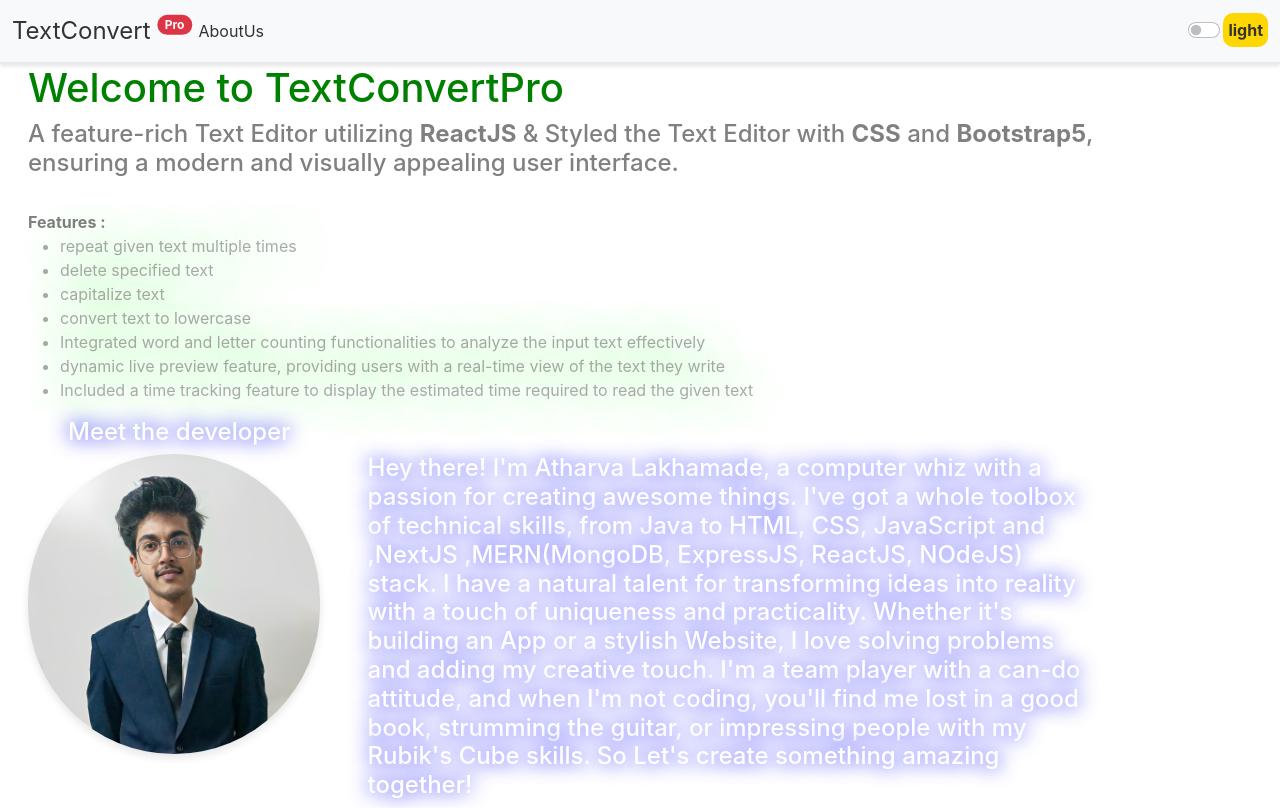
Repository: atha2810/TextConvertPro
Page: /about
An editor plug-in stored every save of this project. The page is shown before and after the next save, followed by the edit.
The browser window is 1280 px wide. The pictures show the whole page.
The project was rebuilt for these pictures with package versions that can differ from the ones it lists, and the page was loaded fresh each time. Also part of the build but not shown: src/css/TextForm.css, src/TextForm.js.

Above is the page before, as saved 2024-07-25 19:43:12.

### src/App.js
import React, { useState } from "react";
import profile from "./images/profile.jpg";

import About from "./components/About";
import Navbar from "./components/Navbar";
import TextForm from "./TextForm";
import { BrowserRouter, Routes, Route } from "react-router-dom";

function App() {
  const [mode, setMode] = useState("light");
  const toggleMode = () => {
    if (mode === "light") {
      setMode("dark");
      document.body.style.backgroundColor = "#082844";
    } else {
      setMode("light");
      document.body.style.backgroundColor = "white";
    }
  };
  return (
    <>
      <BrowserRouter>
        <Navbar logo="TextConvert" mode={mode} toggleMode={toggleMode} />
        {/* <TextForm heading="Enter the text to analyse: " mode={mode}/> */}
        <Routes>
          <Route exact path="/about" element={<About imgSrc={profile} />} />
          {/* exact is usedto get exact path sometimes there are folders like /about-->componentX and /about/home-->componentY and if we want component from /about/home it will mistakenly will render from /about thats why */}

          <Route
            exact
            path="/TextConvertPro"
            element={<TextForm heading="Enter the text here ↓ " mode={mode} />}
          />
        </Routes>
      </BrowserRouter>
    </>
  );
}

export default App;

### src/components/About.js
import "../css/About.css";

export default function About(props) {
  return (
    <div
      className="container mx-3"
      style={{ display: "block", marginLeft: "500px" }}
    >
      <h1 style={{ color: props.mode === "dark" ? "white" : "green" }}>
        Welcome to TextConvertPro
      </h1>
      <div
        style={{
          color: props.mode === "ligh" ? "black" : "white",
        }}
      >
        <h4
          style={{
            color: "grey",
          }}
        >
          A feature-rich Text Editor utilizing <b>ReactJS</b> & Styled the Text
          Editor with <b>CSS</b> and <b>Bootstrap5</b>, ensuring a modern and
          visually appealing user interface.
        </h4>
        <br />{" "}
        <b
          style={{
            color: "grey",
          }}
        >
          Features :
        </b>
        <br />
        <ul
          style={{
            color: "darkgrey",
            textShadow: " 0 0 70px #0f0",
          }}
        >
          <li>repeat given text multiple times</li>
          <li> delete specified text</li> <li>capitalize text </li>
          <li>convert text to lowercase</li>
          <li>
            Integrated word and letter counting functionalities to analyze the
            input text effectively
          </li>
          <li>
            dynamic live preview feature, providing users with a real-time view
            of the text they write
          </li>
          <li>
            Included a time tracking feature to display the estimated time
            required to read the given text
          </li>
        </ul>
      </div>
      <h4
        style={{
          color: "#fff" /* Text color */,
          textShadow: "0 0 20px #00f",
          paddingLeft: "40px",
        }}
      >
        Meet the developer
      </h4>
      <div style={{ display: "flex" }}>
        <img
          src={props.imgSrc}
          style={{
            height: "300px",
            width: "300px",
            borderRadius: "150px 150px 150px 150px",
          }}
          alt="developer"
        ></img>
        <h4
          className="mx-5"
          style={{
            color: "#fff" /* Text color */,
            textShadow: "0 0 20px #00f",
          }}
        >
          Hey there! I'm Atharva Lakhamade, a computer whiz with a passion for
          creating awesome things. I've got a whole toolbox of technical skills,
          from Java to HTML, CSS, JavaScript and ,NextJS ,MERN(MongoDB,
          ExpressJS, ReactJS, NOdeJS) stack. I have a natural talent for
          transforming ideas into reality with a touch of uniqueness and
          practicality. Whether it's building an App or a stylish Website, I
          love solving problems and adding my creative touch. I'm a team player
          with a can-do attitude, and when I'm not coding, you'll find me lost
          in a good book, strumming the guitar, or impressing people with my
          Rubik's Cube skills. So Let's create something amazing together!
        </h4>
      </div>
    </div>
  );
}

### src/components/Navbar.js
import React from "react";
import { Link } from "react-router-dom";
import "../css/Navbar.css";
export default function Navbar(props) {
  return (
    <nav
      className={`navbar navbar-expand-lg navbar-${props.mode} bg-${props.mode}`}
    >
      <div className="container-fluid" style={{ backgroundColor:""}}>
        <Link className="navbar-brand" to="/TextConvertPro">
          {props.logo}
          <button className="btn position-relative">
            <span className="position-absolute top-0 start-100 translate-middle badge rounded-pill bg-danger">
              Pro
            </span>
          </button>
        </Link>
        {/* <a className="navbar-brand" href="#">{props.logo}</a> */}
        <button
          className="navbar-toggler"
          type="button"
          data-bs-toggle="collapse"
          data-bs-target="#navbarSupportedContent"
          aria-controls="navbarSupportedContent"
          aria-expanded="false"
          aria-label="Toggle navigation"
        >
          <span className="navbar-toggler-icon"></span>
        </button>
        <div className="collapse navbar-collapse" id="navbarSupportedContent">
          <ul className="navbar-nav me-auto mb-2 mb-lg-0">
            <li className="nav-item">
              <Link className="nav-link" to="/about">
                AboutUs
              </Link>
              {/* <a className="nav-link" href="/about">About</a> */}
            </li>
          </ul>
          <form className="d-flex" role="search">
            <div
              className={`form-check form-switch text-${
                props.mode === "light" ? "dark" : "light"
              }`}
              style={{ backgroundColor: "gold",padding:"5px",borderRadius:"10px" }}
            >
              <input
                className="form-check-input"
                onClick={props.toggleMode}
                type="checkbox"
                role="switch"
                id="flexSwitchCheckDefault"
              />
              <label
                className="form-check-label"
                htmlFor="flexSwitchCheckDefault"
              >
                <b>{props.mode}</b>
              </label>
            </div>
          </form>
        </div>
      </div>
    </nav>
  );
}

### src/css/About.css
/* About Styles */

img {
  border-radius: 50%;
  box-shadow: 0 4px 8px rgba(0, 0, 0, 0.1); /* Subtle shadow */
}

.developer-info {
  display: flex;
  align-items: center;
  justify-content: center;
  margin-top: 2rem;
}

.developer-info h4 {
  margin-left: 1.5rem;
  font-size: 1.25rem;
  color: #333;
}

.developer-info img {
  height: 300px;
  width: 300px;
}

### src/css/Navbar.css
/* Navbar Styles */
.navbar {
  border-bottom: 2px solid #eaeaea; /* Modern border for the navbar */
  box-shadow: 0 2px 4px rgba(0, 0, 0, 0.1); /* Subtle shadow */
}

.navbar-brand {
  display: flex;
  align-items: center;
  font-size: 1.5rem;
  color: #333;
  transition: color 0.3s ease;
}

.navbar-brand:hover {
  color: #007bff; /* Change color on hover */
}

.btn {
  /* Primary button color */
  border: none;
  color: white;
  transition: background-color 0.3s ease;
}

.nav-link {
  color: #333;
  transition: color 0.3s ease;
}

.nav-link:hover {
  color: #007bff; /* Change color on hover */
}

.navbar-toggler {
  border-color: #007bff; /* Color of the toggler */
}

.navbar-toggler-icon {
  background-image: linear-gradient(
    to right,
    #007bff,
    #0056b3
  ); /* Gradient effect */
}

.form-check-label {
  color: #333; /* Switch label color */
}

Loaded but not shown: public/index.html (common file); src/index.js (common file); src/index.css (common file); src/reportWebVitals.js (common file)

After the next save:
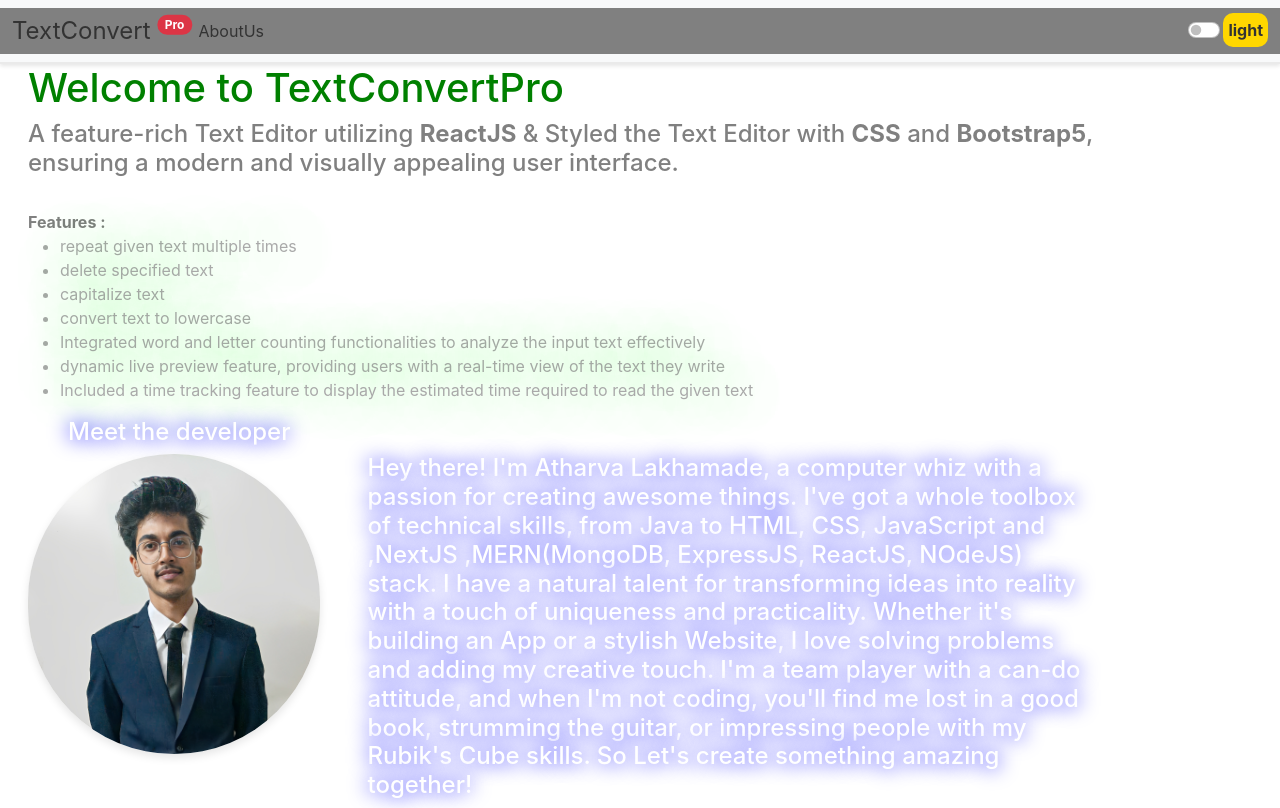
Saved 7 s later.
--- a/src/components/Navbar.js
+++ b/src/components/Navbar.js
@@ -6,7 +6,7 @@ export default function Navbar(props) {
     <nav
       className={`navbar navbar-expand-lg navbar-${props.mode} bg-${props.mode}`}
     >
-      <div className="container-fluid" style={{ backgroundColor:""}}>
+      <div className="container-fluid" style={{ backgroundColor:"grey"}}>
         <Link className="navbar-brand" to="/TextConvertPro">
           {props.logo}
           <button className="btn position-relative">
